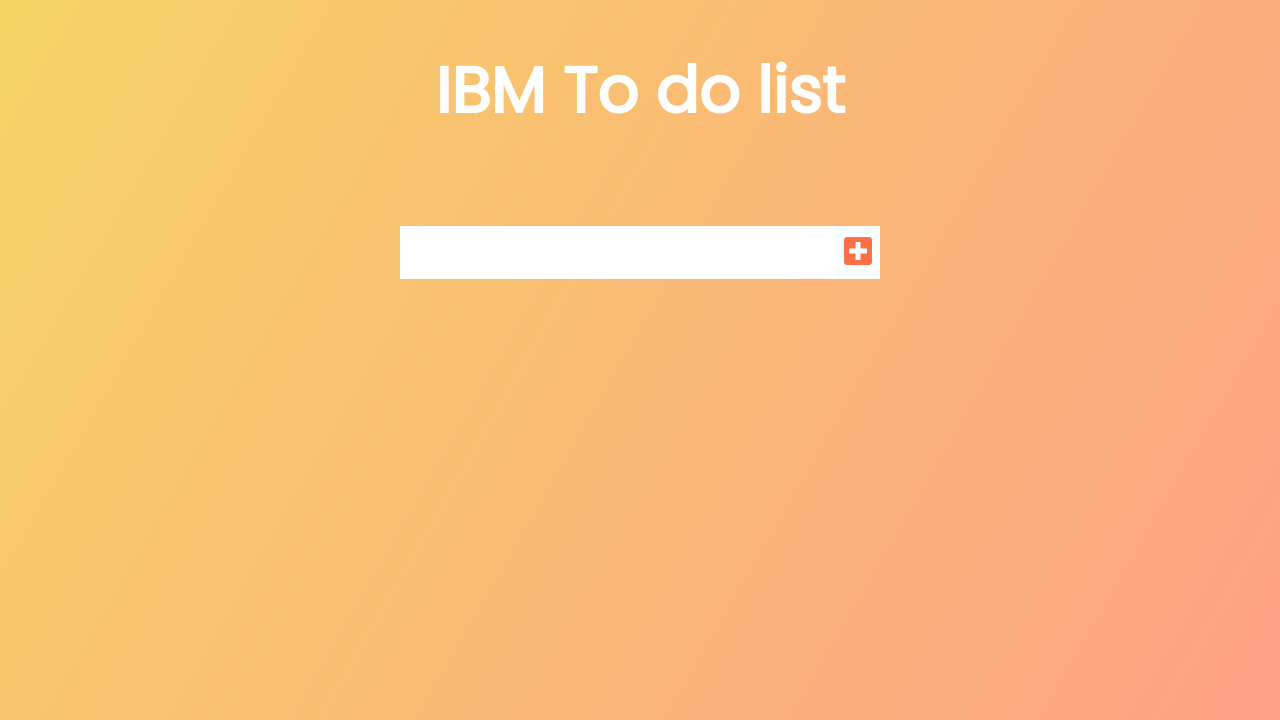
Repository: 2021-IBM-Accelerate-SW-Track/lab-1-team-34
Page: /
These files come from the project's save history. The page is drawn as it stood at one moment and after the next save; the edit follows.
The browser window is 1280 px wide. The pictures show the whole page.
Some web libraries are served in a nearby version. The project was rebuilt for these pictures with package versions that can differ from the ones it lists, and the page was loaded fresh each time. Also part of the build but not shown: src/components/Todo.js.

Above is the page before, as saved 2021-06-16 10:16:12.

After the next save:
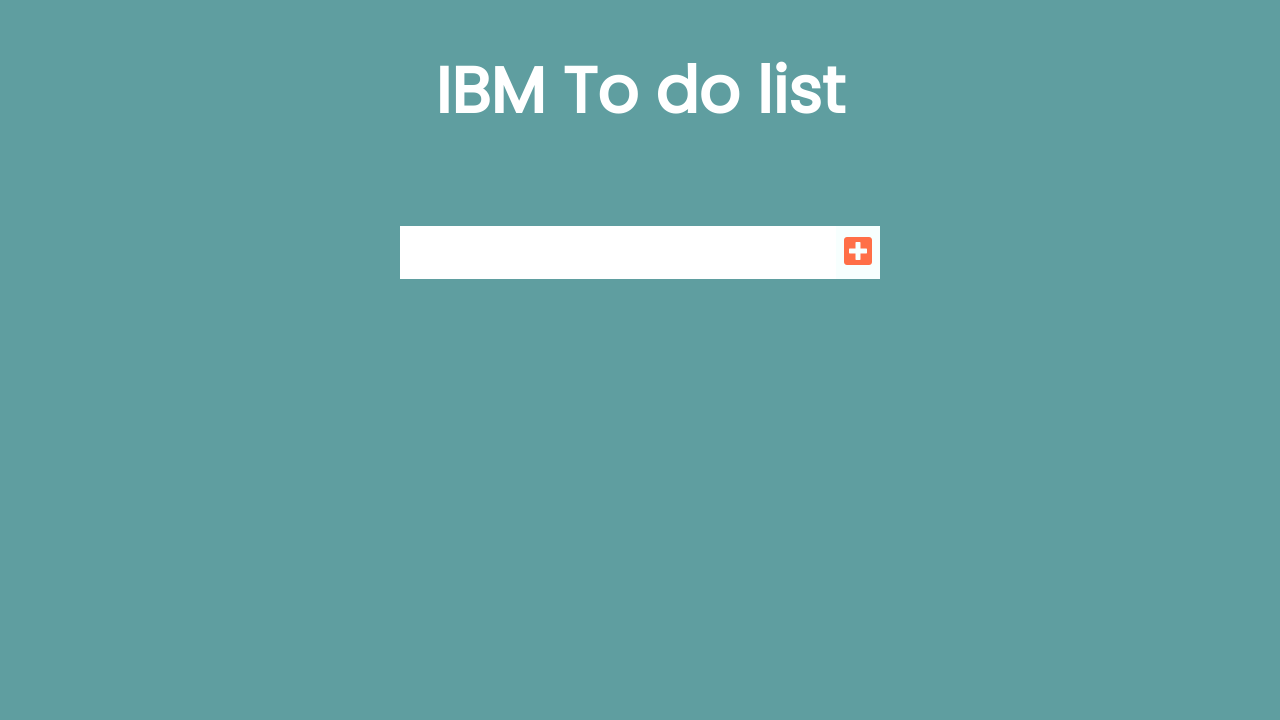
Saved 7 h 32 min later.
--- a/src/App.css
+++ b/src/App.css
@@ -4,7 +4,7 @@
   box-sizing: border-box;
 }
 body {
-  background-image: linear-gradient(120deg, #f6d365 0%, #fda085 100%);
+  background-color: cadetblue;
   color: white;
   font-family: "Poppins", sans-serif;
   min-height: 100vh;
